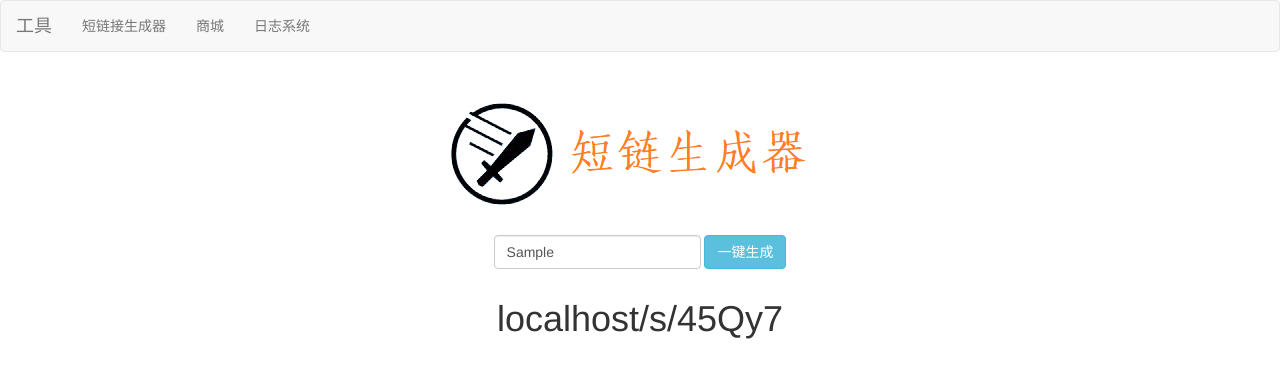
Repository: gwjczwy/CTF-Exercises
Page: http://localhost/tools/
The author's editor kept a copy of each file at every save. The page is drawn from the files as they stood at one save, then again after the next save.
The browser window is 1280 px wide. The pictures show the whole page.
Empty fields were first filled with sample values (such as "Sample", 5 or name@example.com).
After loading, the first visible `input.btn` was clicked once.
The page is served by the project's application, run on Django 2.2 (manage.py). Other server files are loaded and not shown. The page reads the database file committed with the project.

Above is the page before, as saved 2019-04-29 17:07:31.

### tools/views.py
from django.shortcuts import render
from django.views.decorators.csrf import csrf_exempt
from django.http import HttpResponse
from json import dumps
from .models import Url


def index(requests):
    return render(requests,'tools/index.html',{'toolname':'index'})

def shop(requests):
    data={}
    data['toolName']="shop"
    return render(requests, 'tools/index.html', data)

def surl(requests):#短链接 index
    data={}
    data['toolName']="surl"
    data['parameter']="index"
    return render(requests, 'tools/index.html', data)

def surls(requests,parameter):#带参数的短链接跳转
    data={}
    data['toolName']="surl"
    data['parameter']="link"
    print('短链接参数',parameter)

    try:
        req=Url.objects.get(sUrl=parameter)
        print('获取对象成功')
    except:
        return HttpResponse('你来错地方了,悟空')
    req=req.fullUrl
    return HttpResponse('<script>window.location.href="'+req+'";</script>')


@csrf_exempt
def createSUrl(requests):
    print('开始')
    if not (requests.method == 'POST' and requests.POST['fullUrl']):
        return HttpResponse('失败')
    fullUrl=requests.POST['fullUrl']
    while True:
        randUrl=randStr(5)#随机长度为5的字符串
        try:
            Url.objects.get(sUrl=randUrl)#如果重复就继续随机
            print('再!来!一!次!')
        except:
            break
    randUrl=randStr(5)
    Url(sUrl=randUrl,fullUrl=fullUrl).save()
    req={'message':'success','url':randUrl}
    return HttpResponse(dumps(req),content_type="application/json")

def randStr(l):
    import random
    import string

    seed = "1234567890abcdefghijklmnopqrstuvwxyzABCDEFGHIJKLMNOPQRSTUVWXYZ"
    sa = []
    for i in range(l):
        sa.append(random.choice(seed))
    salt = ''.join(sa)
    return salt


def logs(requests):#日志 index
    data={}
    data['toolName']="logs"

    return render(requests, 'tools/index.html', data)

### tools/templates/tools/index.html
{% load staticfiles %}
{% include "./head.html" %}

	<div style="text-align: center;">
		<img style="margin: 30px auto 0;" title="网盘搜索" src="{% static "tools/surl.png" %}">
		<div style="margin: 30px auto 30px;" class="form-inline" name="searcNhBar">
				<input id="fullUrl" type="text" class="form-control" placeholder="请输入完整链接">
				<input type="submit" class="btn btn-info" value="一键生成" onclick="send()">
		</div>
		<h1 id='show'></h1>
	</div>

	<script type="text/javascript">
		function send()
		{
			var fullUrl = document.getElementById("fullUrl").value;
			$.post('/tools/url/createurl/', {'fullUrl':fullUrl},
				function(data){
					if(data['message']=="success"){
                        var d=document.getElementById("show");
						var domain=document.domain;
						d.innerHTML=domain+'/s/'+data['url']
					}else{
                        var d=document.getElementById("show");
						d.innerHTML="完蛋,出错了!!"
					}
				}
			);
		}
	</script>
</html>

### tools/templates/tools/head.html
{% load staticfiles %}
<!doctype html>
<html>
	<head>
		<meta charset="utf-8">
		<title>内部人员专用工具</title>
		<link rel="stylesheet" href="{% static "tools/bootstrap.min.css" %}">
		<script src="{% static "tools/jquery.min.js" %}"></script>
		<script src="{% static "tools/bootstrap.min.js" %}"></script>
	</head>

    <body>
        <nav class="navbar navbar-default" role="navigation">
            <div class="container-fluid">
            <div class="navbar-header">
                <a class="navbar-brand" href="#">工具</a>
            </div>
                <div>
                    <ul class="nav navbar-nav">
                        <li {% if toolName == "surl" %} class="active" {% endif %}><a href="/tools/url">短链接生成器</a></li>
                    </ul>
                    <ul class="nav navbar-nav">
                        <li {% if toolName == "shop" %} class="active" {% endif %}><a href="/tools/shop">商城</a></li>
                    </ul>
                    <ul class="nav navbar-nav">
                        <li {% if toolName == "logs" %} class="active" {% endif %}><a href="/tools/logs">日志系统</a></li>
                    </ul>
                </div>
            </div>
        </nav>

### 训练平台/urls.py
from django.contrib import admin
from django.urls import path,include

urlpatterns = [
    path('tools/', include('tools.urls')),
    path('', include('sql.urls')),
    path('admin/', admin.site.urls),
]

### tools/urls.py
from django.urls import path
from . import views

app_name='tools'
urlpatterns=[
    path('url/createurl/',views.createSUrl), #短链接
    path('url/',views.surl), #短链接 index
    path('s/<str:parameter>/',views.surls), #带连接参数的短链接
    path('s/',views.surl), #短链接 index
    path('shop/',views.shop),#商店
    path('logs/',views.logs),#商店
    path('',views.index),#主页
]

### sql/urls.py
from django.urls import path
from . import views

app_name='sql'
urlpatterns=[
    path('',views.index),#主页
    path('query',views.query),#查询
    path('getcheck',views.getCheck),#获取一个验证码
    path('check',views.checkCheck),#验证一个验证码
    path('url',views.checkCheck),#验证一个验证码
]

### tools/models.py
from django.db import models

class Url(models.Model):
    sUrl=models.CharField('url锻炼',max_length=200,unique=True)
    fullUrl=models.CharField('完整url',max_length=200)

    def __str__(self):
        return self.sUrl

### db.sqlite3 (the tables this page reads, as SQL)
CREATE TABLE "tools_url" ("id" integer NOT NULL PRIMARY KEY AUTOINCREMENT, "sUrl" varchar(200) NOT NULL UNIQUE, "fullUrl" varchar(200) NOT NULL);
INSERT INTO "tools_url" VALUES
(1, 'vLKyF', 'http://www.qq.com/');

Loaded but not shown: tools/static/tools/bootstrap.min.css (library); tools/static/tools/jquery.min.js (library); tools/static/tools/bootstrap.min.js (library)

After the next save:
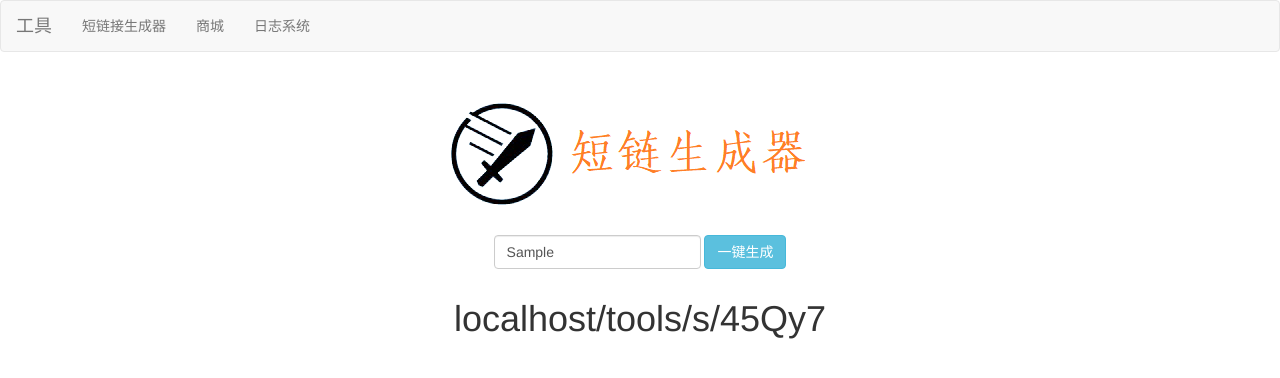
Saved 6 s later.
--- a/tools/templates/tools/index.html
+++ b/tools/templates/tools/index.html
@@ -19,7 +19,7 @@
 					if(data['message']=="success"){
                         var d=document.getElementById("show");
 						var domain=document.domain;
-						d.innerHTML=domain+'/s/'+data['url']
+						d.innerHTML=domain+'/tools/s/'+data['url']
 					}else{
                         var d=document.getElementById("show");
 						d.innerHTML="完蛋,出错了!!"
